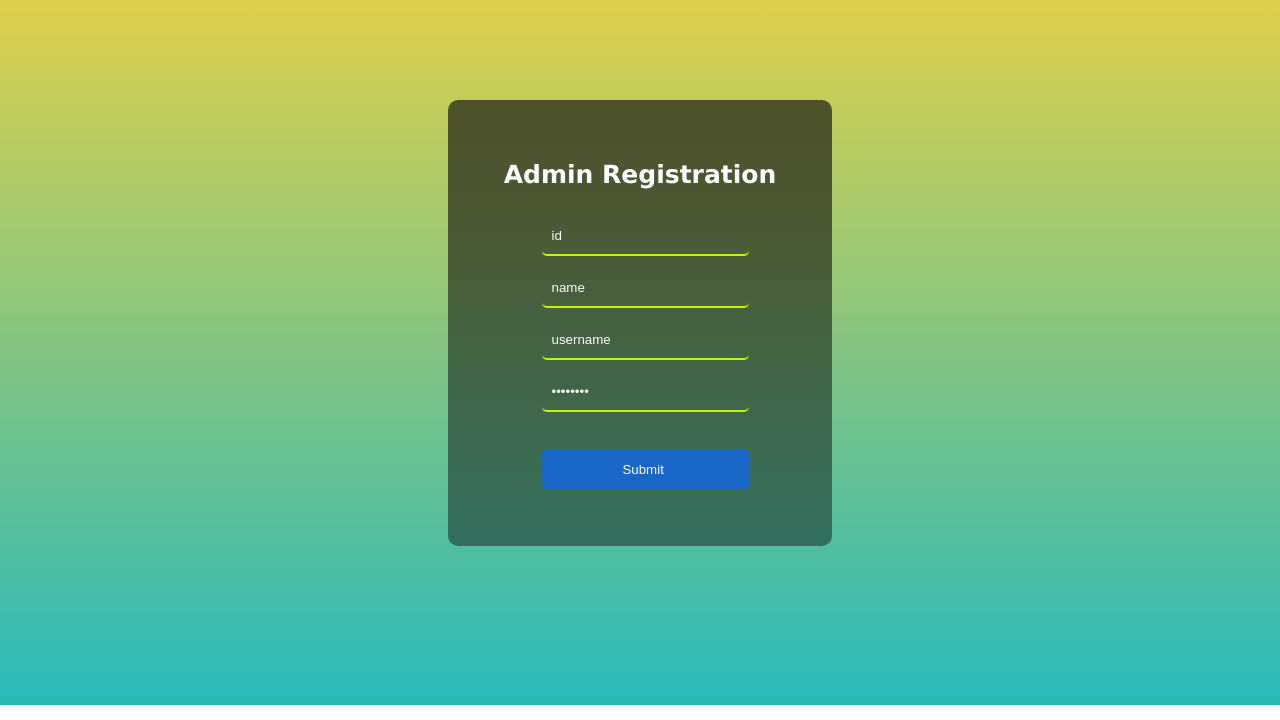
Repository: vishaltawar/J2EE-WEJE-2
Page: http://localhost/studentapp/AdminRegistration.jsp
These files come from the project's save history. The page is drawn as it stood at one moment and after the next save; the edit follows.
The browser window is 1280 px wide. The pictures show the whole page.
The page is served by Tomcat 9.

Above is the page before, as saved 2022-12-25 16:28:27.

After the next save:
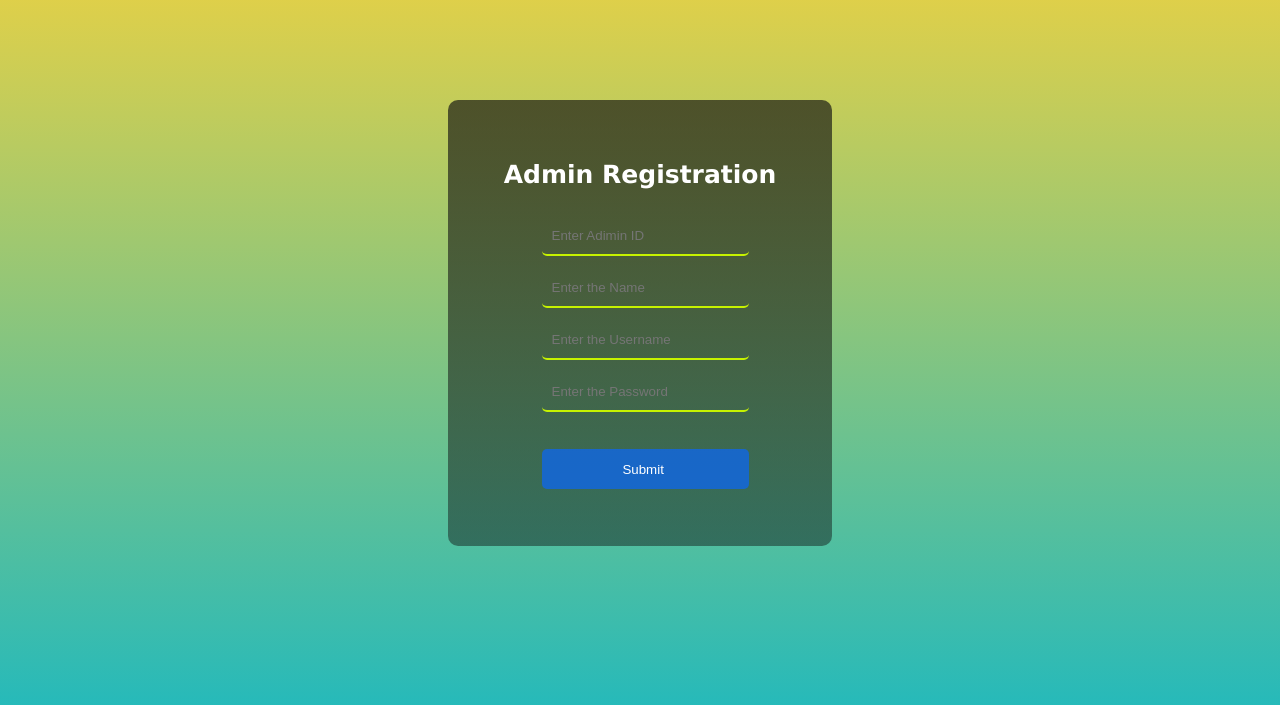
Saved 30 s later.
--- a/studentapp/src/main/webapp/AdminRegistration.jsp
+++ b/studentapp/src/main/webapp/AdminRegistration.jsp
@@ -62,16 +62,16 @@
 
             <table>
                 <tr>
-                    <td><input type="text" placeholder="Enter Adimin ID" value="id"></td>
+                    <td><input type="text" placeholder="Enter Adimin ID" name="id"></td>
                 </tr>
                 <tr>
-                    <td><input type="text" placeholder="Enter the Name" value="name"></td>
+                    <td><input type="text" placeholder="Enter the Name" name="name"></td>
                 </tr>
                 <tr>
-                    <td><input type="text" placeholder="Enter the Username" value="username"></td>
+                    <td><input type="text" placeholder="Enter the Username" name="username"></td>
                 </tr>
                 <tr>
-                    <td><input type="password" placeholder="Enter the Password" value="password"></td>
+                    <td><input type="password" placeholder="Enter the Password" name="password"></td>
                 </tr>
                 <tr>
                     <td ><input id="login" type="submit" value="Submit "></td>
